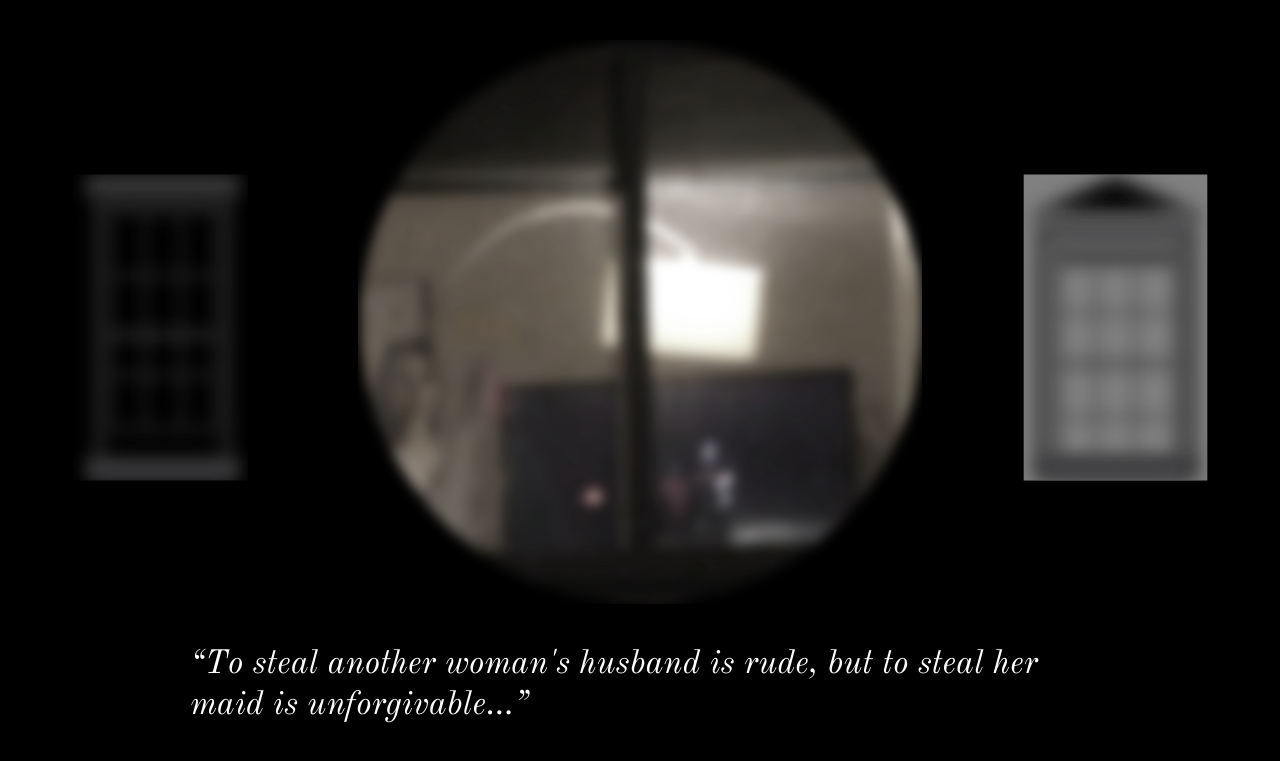
Repository: ConnyPinto/connypinto.github.io
Page: studio/space/final-space/room11.html
The author's editor kept a record of every edit. The page is drawn from the files as they stood at one moment, then again after the next edit.
The browser window is 1280 px wide. The pictures show the whole page.
Some web libraries are served in a nearby version.

Above is the page before.

### studio/space/final-space/room11.html
<html>

<head>
    <title>Space</title>
   <link href='//fonts.googleapis.com/css?family=Old+Standard+TT:400italic' rel='stylesheet' type='text/css'>
    <link rel="stylesheet" href="css/room.css" type="text/css" />
     <script src="//ajax.googleapis.com/ajax/libs/jquery/1.7.1/jquery.min.js"></script>
      <script src="javascript/room.js"></script>
</head>

<body>

        <a href="room12.html" class="right-window"
        style="background-image: url(images/grey-blur-12.png);
    background-repeat: no-repeat;
    transform: scale(1.2);
    width: 153px;
    height: 255px;
    display: block;
    float:right;
    margin-right:80px;
    margin-top:160px;"></a>


           <a href="room5.html" class="left-window"
        style="background-image: url(images/grey-blur-05.png);
    background-repeat: no-repeat;
    transform: scale(1.2);
    width: 153px;
    height: 255px;
    display: block;
    float:left;
    margin-left:80px;
    margin-top:160px;"></a>

    <div class="content">



    <a href="#" class="lense" style="background-image: url(images/lense-11.png);"></a>



    <div class="quote">&ldquo;To steal another woman's husband is rude, but to steal her maid is unforgivable...&rdquo;</div>

    </div>

    <!-- <div class="eyes"><img src="images/i9lb4.gif"></div>  -->




</body>

</html>

### studio/space/final-space/css/room.css
body{
    background-color: black;
    font-family: 'Old Standard TT', serif;
    font-style: italic;
    margin-bottom:35px;
}

.lense {
    background-repeat: no-repeat;
    width: 564px;
    height:564px;
    display: block;
    font-size: 0;
    margin:0 auto;
    margin-bottom:40px;
    margin-top:40px;
}
.lense:hover {
    background-position: 0 -565px;
}


/*.lense{
    margin:0 auto;
    margin-top:80px;
    margin-bottom:114px;}*/

.right-window{
    background-repeat: no-repeat;
    background-color: grey;
    width: 125px;
    height: 153px;
    display: block;
    float:right;
    margin-top:200px;
}

.right-window:hover {
    background-position: 0 -125px;
}



.content{
    width:900px;
    margin:0 auto;

}

.quote{
    color:white;
    font-family: 'Old Standard TT', serif;
    display: block;
    margin-left: auto;
    margin-right: auto;
    margin-bottom:10px;
    font-size: 25pt;
    width:900px;


}

.eyes{

    position: relative;
   margin:0 auto;
   width:300px;

}

.sofa-button {
    background-image: url(../images/sofa-button.png);
    background-repeat: no-repeat;
    width: 212px;
    height: 67px;
    display: inline-block;
    font-size: 0;
    margin:60px;
    margin-bottom:-80px;

}
.sofa-button:hover {
    background-position: 0 -68px;
}


/*.sofa-button{
    margin:20px;
    margin-bottom:-70px;

}*/

### studio/space/final-space/javascript/room.js
$(document).ready(function () {
    $('body').click(function (e) {
        console.log(e);
        if (!$(e.target).is('a')) {
            window.location.href = 'window.html';
        }
    });
});

After the next edit:
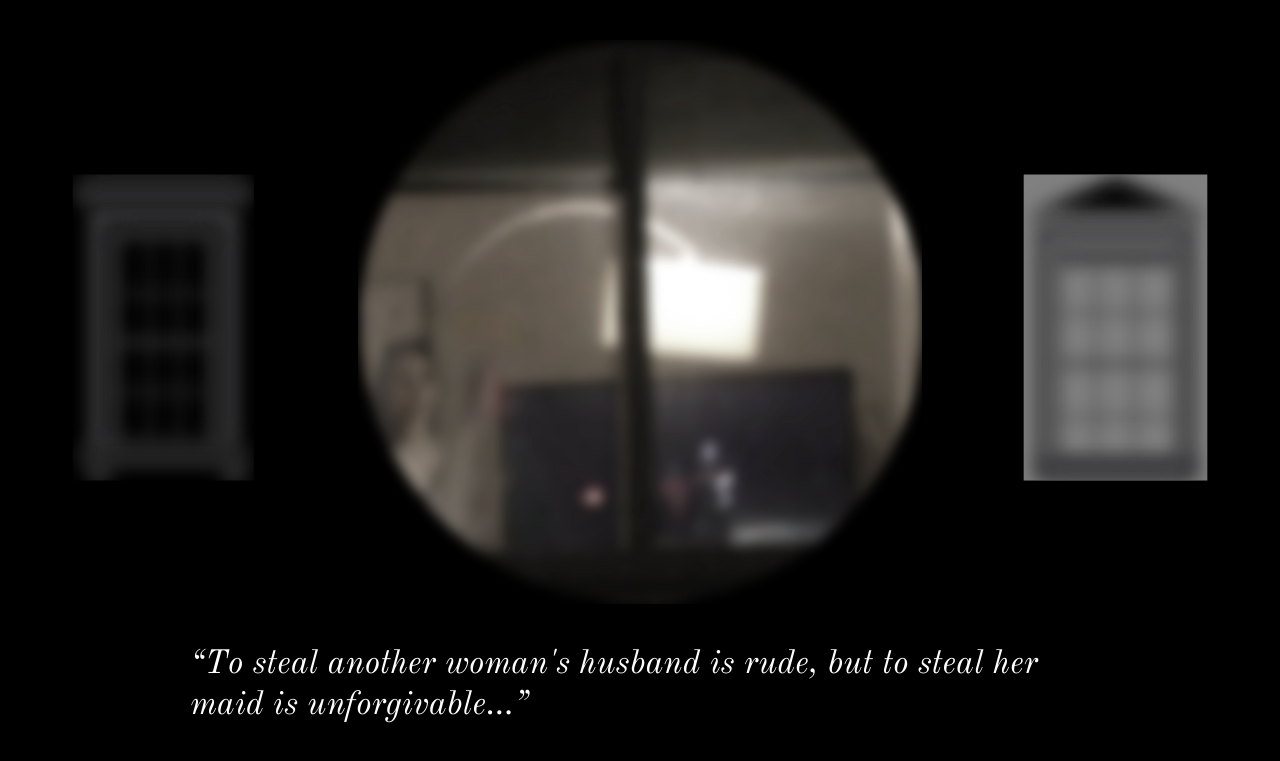
The edit:
--- a/studio/space/final-space/room11.html
+++ b/studio/space/final-space/room11.html
@@ -22,8 +22,8 @@
     margin-top:160px;"></a>
 
 
-           <a href="room5.html" class="left-window"
-        style="background-image: url(images/grey-blur-05.png);
+           <a href="room11.html" class="left-window"
+        style="background-image: url(images/grey-blur-11.png);
     background-repeat: no-repeat;
     transform: scale(1.2);
     width: 153px;
